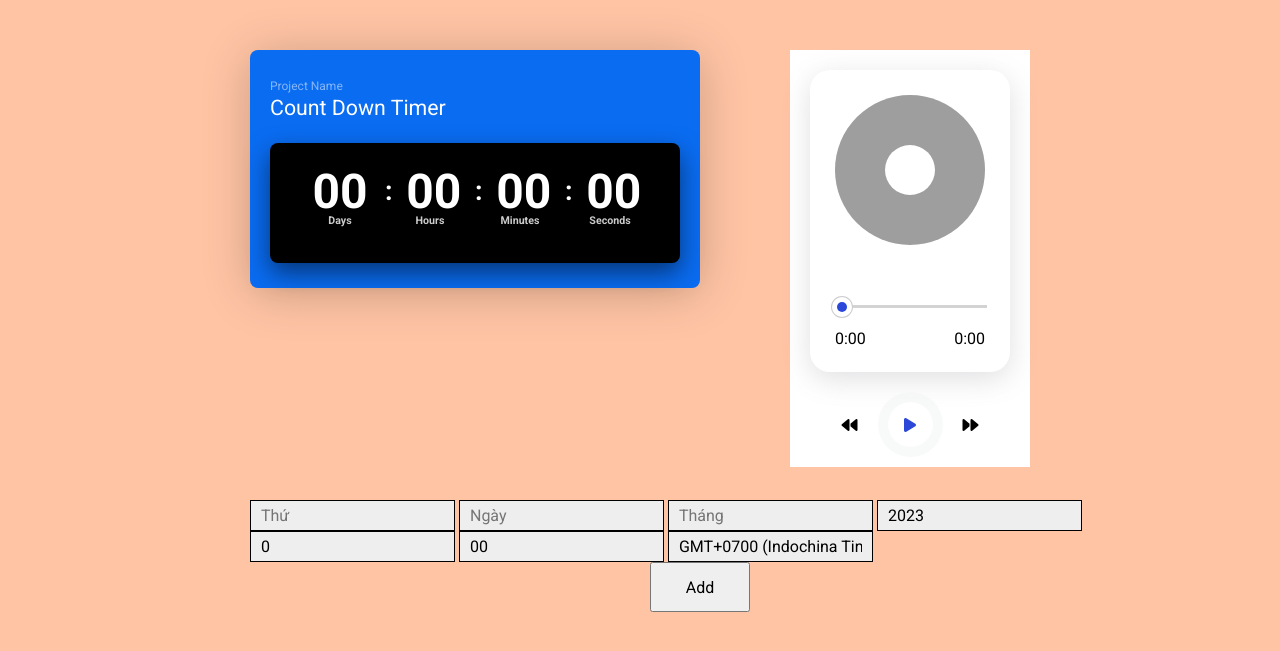
Repository: thuanpham00/CountDownTimer
Page: index.html
These files come from the project's save history. The page is drawn as it stood at one moment and after a run of saves; the edit follows.
The browser window is 1280 px wide. The pictures show the whole page.
Pictures or frames that could not be fetched are drawn as grey boxes. Some web libraries are served in a nearby version. The style sheet was rebuilt from its Sass, Less or Tailwind sources for each picture, by a compiler version that may differ from the author's.

Above is the page before, as saved 2023-09-27 15:34:24.

### index.html
<!DOCTYPE html>
<html lang="en">
    <head>
        <meta charset="UTF-8" />
        <meta name="viewport" content="width=device-width, initial-scale=1.0" />
        <title>Count Down</title>
        <link rel="preconnect" href="https://fonts.googleapis.com" />
        <link rel="preconnect" href="https://fonts.gstatic.com" crossorigin />
        <link
            href="https://fonts.googleapis.com/css2?family=Roboto:wght@300;400;500;700;900&display=swap"
            rel="stylesheet"
        />
        <script src="https://kit.fontawesome.com/3115b3f4f1.js"></script>
        <link rel="stylesheet" href="./assets/css/main.css" />
    </head>
    <body>
        <div class="timer">
            <div class="timer-wrapper">
                <div>
                    <label class="timer-title">Project Name</label>
                    <label class="timer-name">Count Down Timer</label>
                </div>
                <div class="counter">
                    <div class="days">
                        <div class="value" id="days">00</div>
                        <span>Days</span>
                    </div>

                    <div class="hours">
                        <div class="value" id="hours">00</div>
                        <span>Hours</span>
                    </div>

                    <div class="minutes">
                        <div class="value" id="minutes">00</div>
                        <span>Minutes</span>
                    </div>

                    <div class="seconds">
                        <div class="value" id="seconds">00</div>
                        <span>Seconds</span>
                    </div>
                </div>
            </div>
            <div class="player">
                <div class="player-box">
                    <div class="player-media">
                        <img
                            src="https://cdn.dribbble.com/users/3960463/screenshots/14630140/media/c79331860d7ca1b97430a4888617f428.png?compress=1&resize=800x600"
                            alt=""
                            class="player-image"
                        />
                    </div>
                    <div class="progress">
                        <input
                            type="range"
                            id="progress-bar"
                            min="0"
                            max=""
                            value="0"
                            class="bar"
                        />
                        <audio src="./files/holo.mp3" id="song"></audio>
                    </div>
                    <div class="player-number">
                        <span class="player-remaining">0:00</span>
                        <span class="player-duration">0:00</span>
                    </div>
                </div>
                <div class="player-tool">
                    <i class="fa fa-backward player-prev"></i>
                    <i class="fa fa-play player-play"></i>
                    <i class="fa fa-forward player-next"></i>
                </div>
            </div>
        </div>
        <form class="form-timer">
            <input type="text" name="day" placeholder="Thứ" class="dayInput" />
            <input
                type="text"
                name="date"
                placeholder="Ngày"
                class="dateInput"
            />
            <input
                type="text"
                name="month"
                placeholder="Tháng"
                class="monthInput"
            />
            <input
                type="number"
                name="year"
                placeholder="Năm"
                value="2023"
                class="yearInput"
            />
            <input
                type="number"
                name="hour"
                placeholder="Giờ"
                class="hourInput"
                value="0"
            />
            <input
                type="number"
                name="minute"
                placeholder="Phút"
                class="minuteInput"
                value="00"
            />
            <input
                type="text"
                name="GMT"
                value="GMT+0700 (Indochina Time)"
                class="hourInput"
            />
            <button class="todo__submit" type="submit">Add</button>
        </form>
        <script src="./assets/js/main.js"></script>
    </body>
</html>

### assets/js/main.js
window.addEventListener("load", function () {
    const daysText = document.querySelector("#days");
    const hoursText = document.querySelector("#hours");
    const minutesText = document.querySelector("#minutes");
    const secondsText = document.querySelector("#seconds");

    function setTimer(
        dayInput,
        monthInput,
        dateInput,
        yearInput,
        hourInput,
        minuteInput,
        gmtInput
    ) {
        let currentTime = new Date().getTime();
        const endTime = new Date(
            yearInput,
            getMonthIndex(monthInput),
            dateInput,
            hourInput,
            minuteInput
        ).getTime();

        if (isNaN(endTime) || endTime - currentTime <= 0) return;
        setInterval(changeTimer, 500);
        changeTimer();

        function changeTimer() {
            let days, hours, minutes, seconds;
            const now = new Date();
            let startTime = now.getTime();
            let countDown = parseInt((endTime - startTime) / 1000);
            if (countDown > 0) {
                days = parseInt(countDown / 86400);
                countDown = countDown % 86400;
                hours = parseInt(countDown / 3600);
                countDown = countDown % 3600;
                minutes = parseInt(countDown / 60);
                countDown = countDown % 60;
                seconds = parseInt(countDown);

                daysText.textContent = `${days}`.slice(-2);
                hoursText.textContent = `${hours}`.slice(-2);
                minutesText.textContent = `${minutes}`.slice(-2);
                secondsText.textContent = `${seconds}`.slice(-2);
            }
        }

        function getMonthIndex(monthName) {
            const months = [
                "Jan",
                "Feb",
                "Mar",
                "Apr",
                "May",
                "Jun",
                "Jul",
                "Aug",
                "Sep",
                "Oct",
                "Nov",
                "Dec",
            ];
            return months.indexOf(monthName);
        }
    }

    const formTimer = document.querySelector(".form-timer");
    formTimer.addEventListener("submit", function (e) {
        e.preventDefault();
        const dayInput = this.elements["day"].value;
        const monthInput = this.elements["month"].value;
        const dateInput = parseInt(this.elements["date"].value);
        const yearInput = parseInt(this.elements["year"].value);
        const hourInput = parseInt(this.elements["hour"].value);
        const minuteInput = parseInt(this.elements["minute"].value);
        const gmtInput = this.elements["GMT"].value;
        setTimer(
            dayInput,
            monthInput,
            dateInput,
            yearInput,
            hourInput,
            minuteInput,
            gmtInput
        );
    });
});

### scss/main.scss
html,
body,
div,
span,
applet,
object,
iframe,
h1,
h2,
h3,
h4,
h5,
h6,
p,
blockquote,
pre,
a,
abbr,
acronym,
address,
big,
cite,
code,
del,
dfn,
em,
img,
ins,
kbd,
q,
s,
samp,
small,
strike,
strong,
sub,
sup,
tt,
var,
b,
u,
i,
center,
dl,
dt,
dd,
ol,
ul,
li,
fieldset,
form,
label,
legend,
table,
caption,
tbody,
tfoot,
thead,
tr,
th,
td,
article,
aside,
canvas,
details,
embed,
figure,
figcaption,
footer,
header,
hgroup,
menu,
nav,
output,
ruby,
section,
summary,
time,
mark,
audio,
video {
    margin: 0;
    padding: 0;
    border: 0;
    font-size: 100%;
    font: inherit;
    vertical-align: baseline;
}
/* HTML5 display-role reset for older browsers */
article,
aside,
details,
figcaption,
figure,
footer,
header,
hgroup,
menu,
nav,
section {
    display: block;
}
body {
    line-height: 1;
}
ol,
ul {
    list-style: none;
}
blockquote,
q {
    quotes: none;
}
blockquote:before,
blockquote:after,
q:before,
q:after {
    content: "";
    content: none;
}
table {
    border-collapse: collapse;
    border-spacing: 0;
}

*,
::after,
::before {
    box-sizing: border-box;
}

html {
    font-size: 62.5%;
}

body {
    font-size: 1.6rem;
    font-family: "Poppins", sans-serif;
}

input,
select,
textarea,
button {
    font-size: inherit;
    font-family: inherit;
}

$continer-color: #0a6cf1;
$continer-padding: 30px 20px 10px 20px;
body {
    font-family: "Roboto", sans-serif;
    background: #ffc4a4;
    user-select: none;
}

.timer {
    position: relative;
    min-height: 400px;

    &-wrapper {
        position: absolute;
        left: 250px;
        top: 50px;
        background-color: $continer-color;
        padding: $continer-padding;
        border-radius: 8px;
        color: #fff;
        min-width: 450px;
        box-shadow: 0 5px 50px rgba(0, 0, 0, 0.2);
    }

    label {
        display: block;
    }

    &-title {
        font-size: 9pt;
        opacity: 0.5;
    }

    &-name {
        font-size: 16pt;
        margin: 5px 0;
    }

    .counter {
        padding: 25px;
        margin: 25px 0 15px 0;
        background-color: #000;
        font-weight: 700;
        border-radius: 8px;
        box-shadow: 0 10px 25px rgba(0, 0, 0, 0.5);
        min-height: 120px;

        div {
            display: inline-block;
        }
        .days,
        .hours,
        .minutes,
        .seconds {
            width: 25%;
            float: left;
            text-align: center;
            .value {
                display: block;
                font-size: 36pt;
                width: 100%;
                display: block;
            }
            span {
                font-size: 8pt;
                opacity: 0.8;
                width: 100%;
                display: block;
            }
        }
        .hours::before,
        .minutes::before,
        .seconds::before {
            content: ":";
            float: left;
            font-size: 20pt;
            position: relative;
            margin-top: 10px;
            opacity: 0.7;
            animation: pink 1s ease-in-out infinite;
        }
    }

    .player {
        position: absolute;
        right: 250px;
        top: 50px;
        background-color: white;
        padding: 20px;
    }

    .player-box {
        box-shadow: rgba(100, 100, 111, 0.2) 0px 7px 29px 0px;
        padding: 25px;
        display: flex;
        align-items: center;
        justify-content: center;
        flex-direction: column;
        text-align: center;
        border-radius: 20px;
        max-width: 500px;
        margin: 0 auto 30px;
    }

    .player-media {
        position: relative;
        width: 150px;
        height: 150px;
        border-radius: 100rem;
        margin-bottom: 25px;
    }
    .player-media:before {
        content: "";
        width: 50px;
        height: 50px;
        background-color: white;
        border-radius: 100px;
        position: absolute;
        top: 50%;
        left: 50%;
        transform: translate(-50%, -50%);
        z-index: 10;
    }

    .player-image {
        width: 100%;
        height: 100%;
        object-fit: cover;
        border-radius: inherit;
    }

    .player-image.is-playing {
        animation: rotate 10s forwards infinite linear;
    }

    @keyframes rotate {
        to {
            transform: rotate(360deg);
        }
    }

    .progress {
        margin-bottom: 20px;
        margin-top: 25px;
    }

    .player-number {
        display: flex;
        justify-content: space-between;
        align-items: center;
        width: 100%;
    }

    .player-tool {
        display: flex;
        justify-content: center;
        align-items: center;
    }

    .player-play {
        color: #2b48d9;
        width: 45px;
        height: 45px;
        border-radius: 100rem;
        display: flex;
        justify-content: center;
        align-items: center;
        cursor: pointer;
        background-color: white;
        box-shadow: 0 0 0 10px rgba(242, 243, 244, 0.5);
        font-size: 16px;
        margin: 0 30px;
    }

    .player-next,
    .player-prev {
        cursor: pointer;
        font-size: 16px;
    }

    .progress {
        width: 100%;
        position: relative;
    }

    .bar {
        -webkit-appearance: none;
        width: 100%;
        height: 3px;
        background: #d3d3d3;
        outline: none;
        -webkit-transition: 0.2s;
        transition: opacity 0.2s;
    }

    .bar::-webkit-slider-thumb {
        -webkit-appearance: none;
        appearance: none;
        width: 10px;
        height: 10px;
        border-radius: 100rem;
        background-color: #2b48d9;
        box-shadow: 0 0 0 5px white, 0 0 0 6px #ccc;
    }

    /* .bar::-webkit-slider-thumb chọn phần tử con của phần tử có lớp bar mà là "thumb" của thanh trượt (slider)
     dành cho trình duyệt WebKit (chẳng hạn như Safari hoặc Chrome).

    .bar::-moz-range-thumb chọn phần tử con của phần tử có lớp bar mà là "thumb" của
    thanh trượt (slider) dành cho trình duyệt Firefox (Mozilla).
    */

    .bar::-moz-range-thumb {
        cursor: pointer;
        width: 10px;
        height: 10px;
        border-radius: 100rem;
        background-color: #2b48d9;
        box-shadow: 0 0 0 5px white, 0 0 0 6px #ccc;
    }
}

@keyframes pink {
    0% {
        opacity: 1;
    }
    50% {
        opacity: 0.5;
    }
    100% {
        opacity: 1;
    }
}

.form-timer {
    position: absolute;
    left: 250px;
    margin-top: 100px;
    max-width: 900px;

    input {
        padding: 5px 10px;
        outline: none;
        background: #eee;
        border: 1px solid #000;
    }

    button {
        width: 100px;
        height: 50px;
        display: block;
        margin: 0 auto;
    }
}

After the next 2 saves:
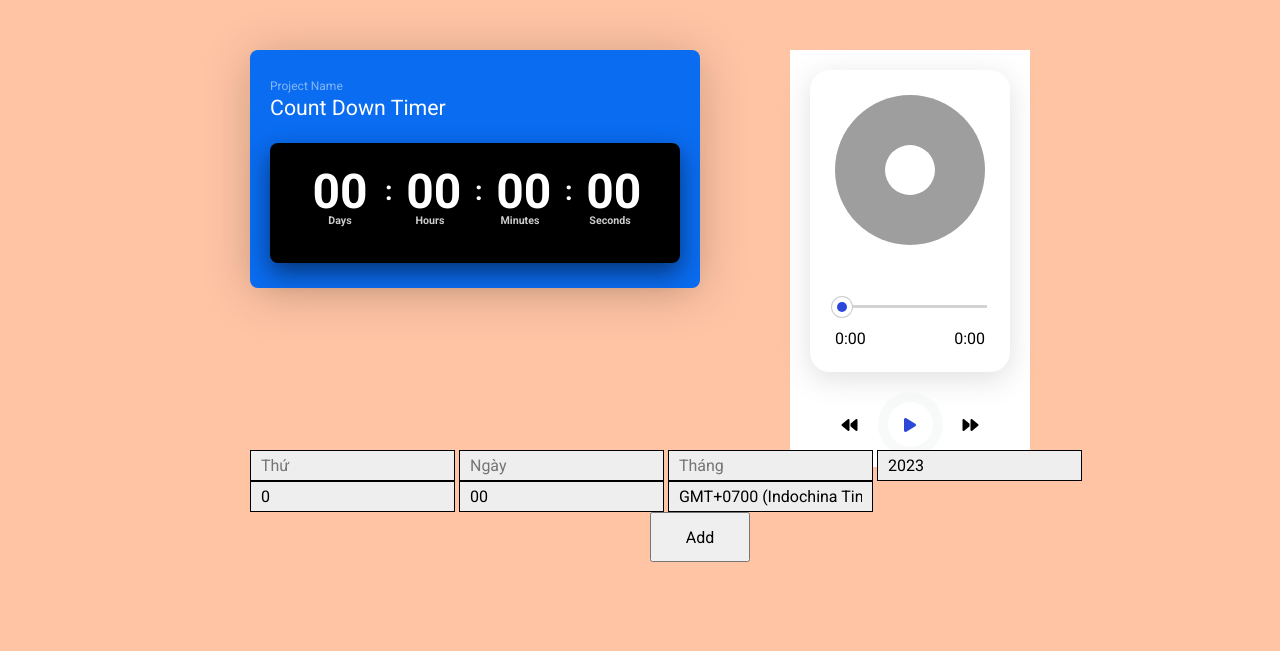
The 2 saves are shown as one change because they came seconds apart.
The last was saved 6 s later.
--- a/scss/main.scss
+++ b/scss/main.scss
@@ -383,7 +383,7 @@ body {
 .form-timer {
     position: absolute;
     left: 250px;
-    margin-top: 100px;
+    margin-top: 50px;
     max-width: 900px;
 
     input {
